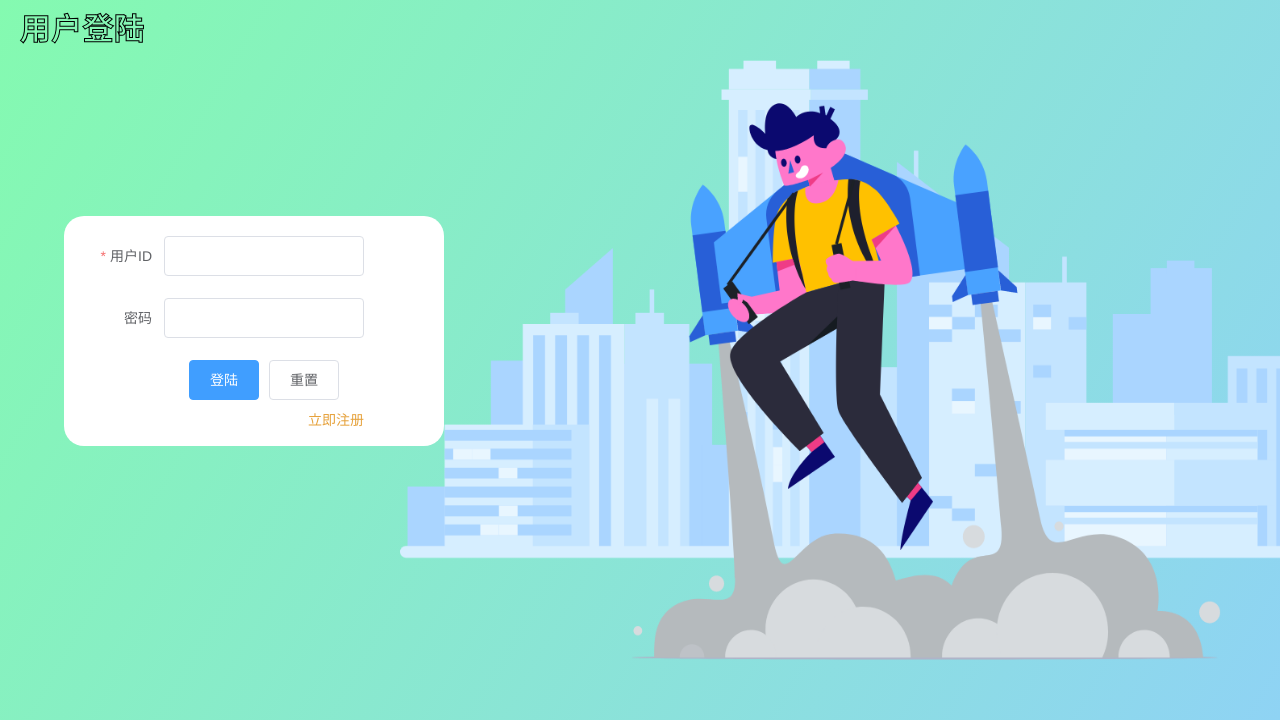
Repository: Akron-xz/helloVue
Page: /#/userLogin (app in vue-library/)
An editor plug-in stored every save of this project. The page is shown before and after the next save, followed by the edit.
The browser window is 1280 px wide. The pictures show the whole page.
The project was rebuilt for these pictures with package versions that can differ from the ones it lists, and the page was loaded fresh each time. Also part of the build but not shown: vue-library/src/views/Home.vue.

Above is the page before, as saved 2020-11-24 21:03:54.

After the next save:
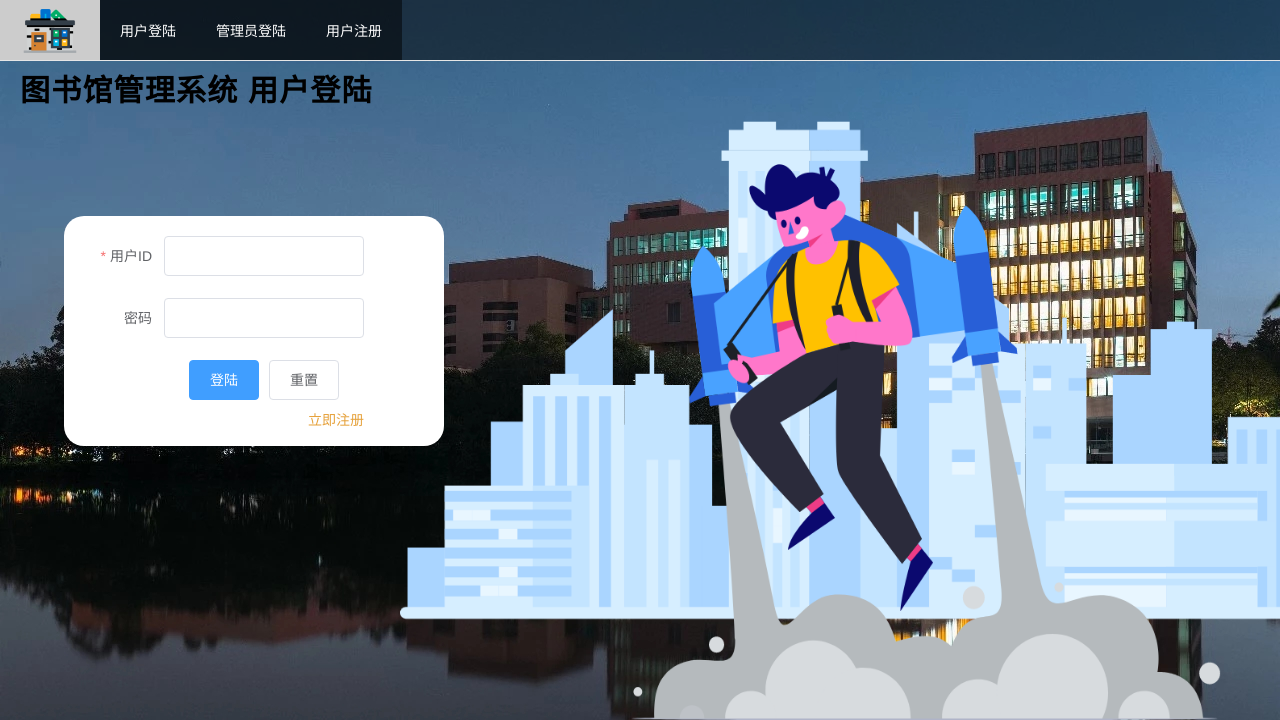
Saved 7 min 23 s later.
--- a/vue-library/src/views/UserLogin.vue
+++ b/vue-library/src/views/UserLogin.vue
@@ -1,8 +1,8 @@
 <template>
 <div  class="login-container">
       <!-- need to change (fixed)-->
-
-      <el-header>用户登陆</el-header>
+      <homeNavigation></homeNavigation>
+      <el-header>图书馆管理系统  用户登陆</el-header>
       <div class="loginBox">
         <el-form :model="ruleForm" :rules="rules" ref="ruleForm" label-width="100px" class="demo-ruleForm">
           <el-form-item label="用户ID" prop="userId">
@@ -46,7 +46,11 @@
 
 <script>
 import axios from "axios"
+import homeNavigation from '@/components/homeNav.vue'
 export default {
+    components:{
+        homeNavigation
+    },
     data() {
       var validatePass = (rule, value, callback) => {
         if (value === '') {
@@ -66,7 +70,7 @@ export default {
 
         rules:{
             userId:[
-                { required: true, message: '请输入用户ID', trigger: 'blur'}
+                { required: true, message: '请输入用户名', trigger: 'blur'}
             ],
 
              password: [
@@ -146,7 +150,7 @@ export default {
     height: 100%;
     background-repeat: no-repeat;
     background-size: 100%;
-    background-image: linear-gradient(120deg, #84fab0 0%, #8fd3f4 100%);
+    background-image: url(/img/divBg/bg32.jpg);
 }
 .demo-ruleForm{
         position: absolute;
@@ -160,8 +164,7 @@ export default {
     line-height: 60px;
     font-weight: 1000;
     font-size: 30px;
-    color: transparent;
-   -webkit-text-stroke: 1px black;
+    color: black;
     letter-spacing: 0.04em;
   }
 
